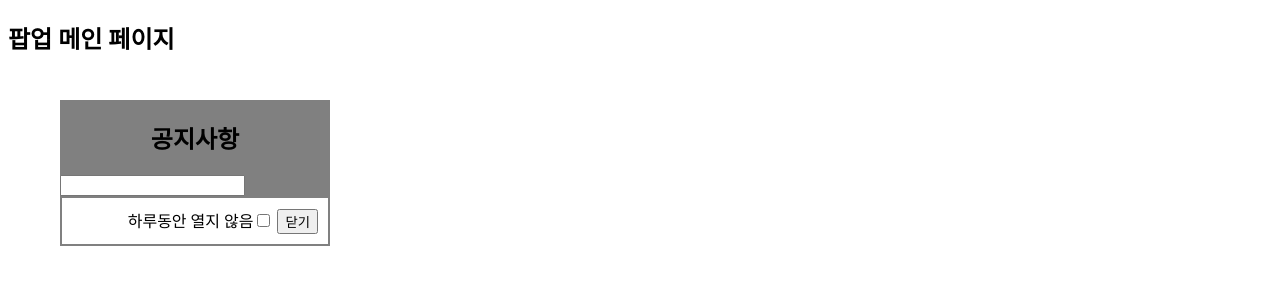
Repository: AHJ2616/Java
Page: http://localhost/board-jsp/04Cookie/PopUpMain_v0.1.jsp
An editor plug-in stored every save of this project. The page is shown before and after the next save, followed by the edit.
The browser window is 1280 px wide. The pictures show the whole page.
The page is served by Tomcat 9.

Above is the page before, as saved 2024-07-24 02:12:08.

After the next save:
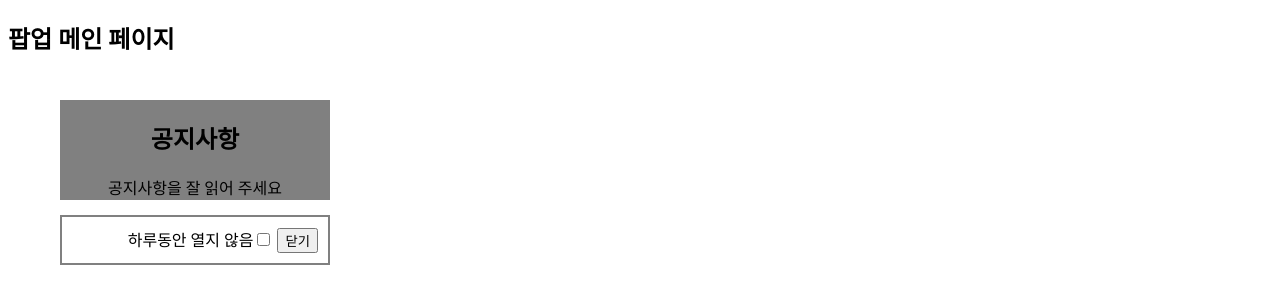
Saved 56 s later.
--- a/jsp_workspace/board-jsp/src/main/webapp/04Cookie/PopUpMain_v0.1.jsp
+++ b/jsp_workspace/board-jsp/src/main/webapp/04Cookie/PopUpMain_v0.1.jsp
@@ -29,7 +29,7 @@ position: relative; background-color: #ffffff; border: 2px solid gray; padding:
 <!-- #id명으로 호출 가능하다. -->
 
 	<h2 align="center">공지사항</h2><!-- 가운데 정렬 -->
-	<input tybe="textarea" />
+	<p align="center">공지사항을 잘 읽어 주세요</p>
 	<div align="right"><!-- 오른쪽 정령 -->
 	<form name="popFrame">
 	하루동안 열지 않음<input type="checkbox" id="inactiveToday" value="1" />
